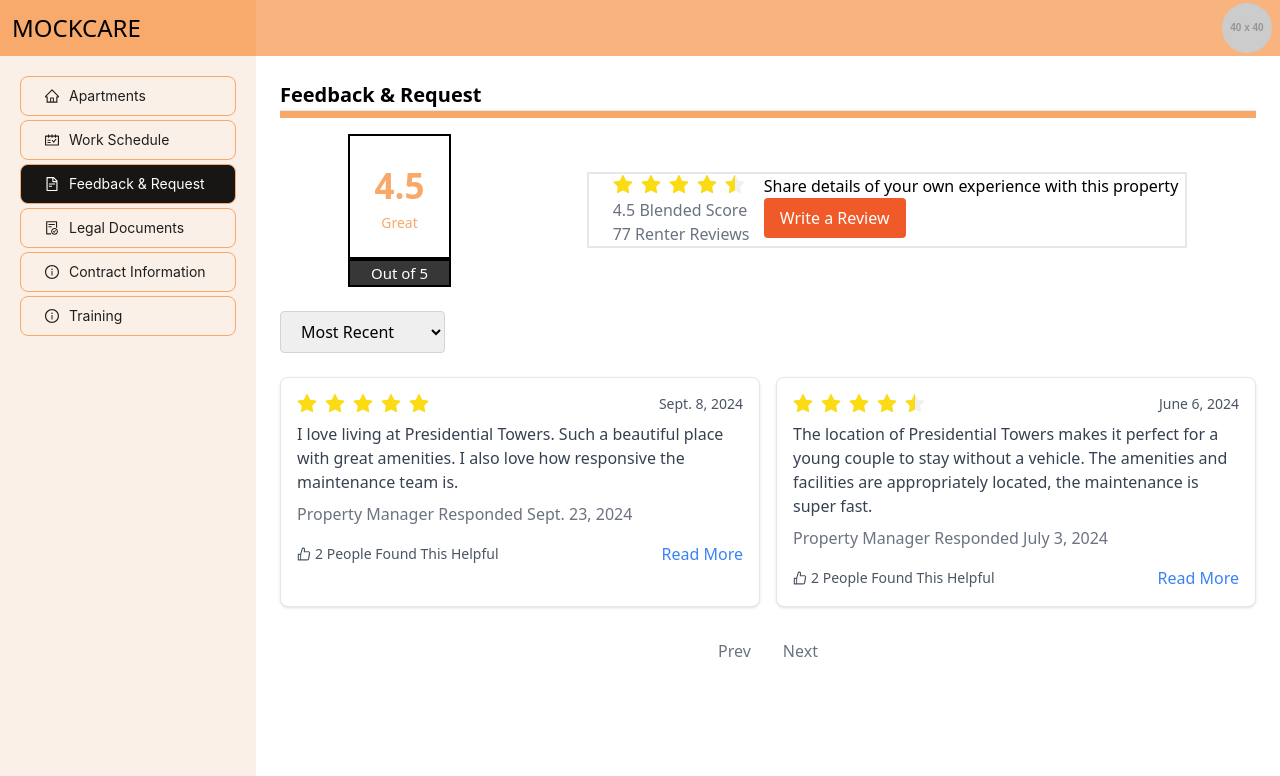
Repository: dunh-real/MockProject_102024_Nhom4
Page: / (app in frontend/)
The author's editor kept a copy of each file at every save. The page is drawn from the files as they stood at one save, then again after the next save.
The browser window is 1280 px wide. The pictures show the whole page.
The project was rebuilt for these pictures with package versions that can differ from the ones it lists, and the page was loaded fresh each time. Also part of the build but not shown: frontend/vite.config.js, frontend/vite.config.ts, frontend/src/App.css, frontend/src/component/ReviewModal.tsx.

Above is the page before, as saved 2024-10-09 13:16:44.

After the next save:
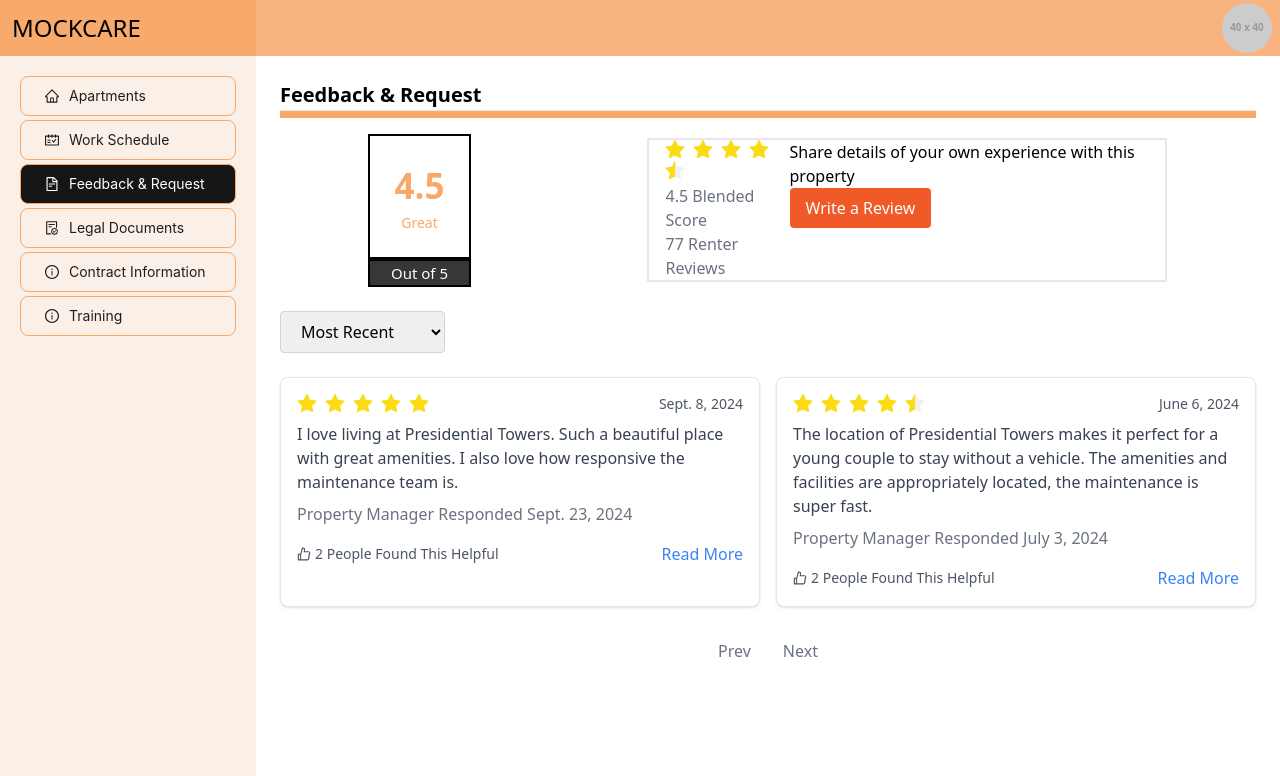
Saved 48 s later.
--- a/frontend/src/pages/Feedback&Request/Feedback&Request.tsx
+++ b/frontend/src/pages/Feedback&Request/Feedback&Request.tsx
@@ -75,7 +75,9 @@
                                 <p className='text-white p-1 text-[15px] text-center'>Out of 5</p>
                             </div>
                         </div>
-                        <div className='border-2 w-[600px]  flex justify-around'>
+                        <div className='border-2 flex justify-around'
+                         style={{ width: '100%', maxWidth: '520px' }}
+                        >
                             <div className="ml-4 ">
                                 <Rate allowHalf defaultValue={4.5} disabled />
                                 <div className="text-gray-500">4.5 Blended Score</div>

After the save that followed:
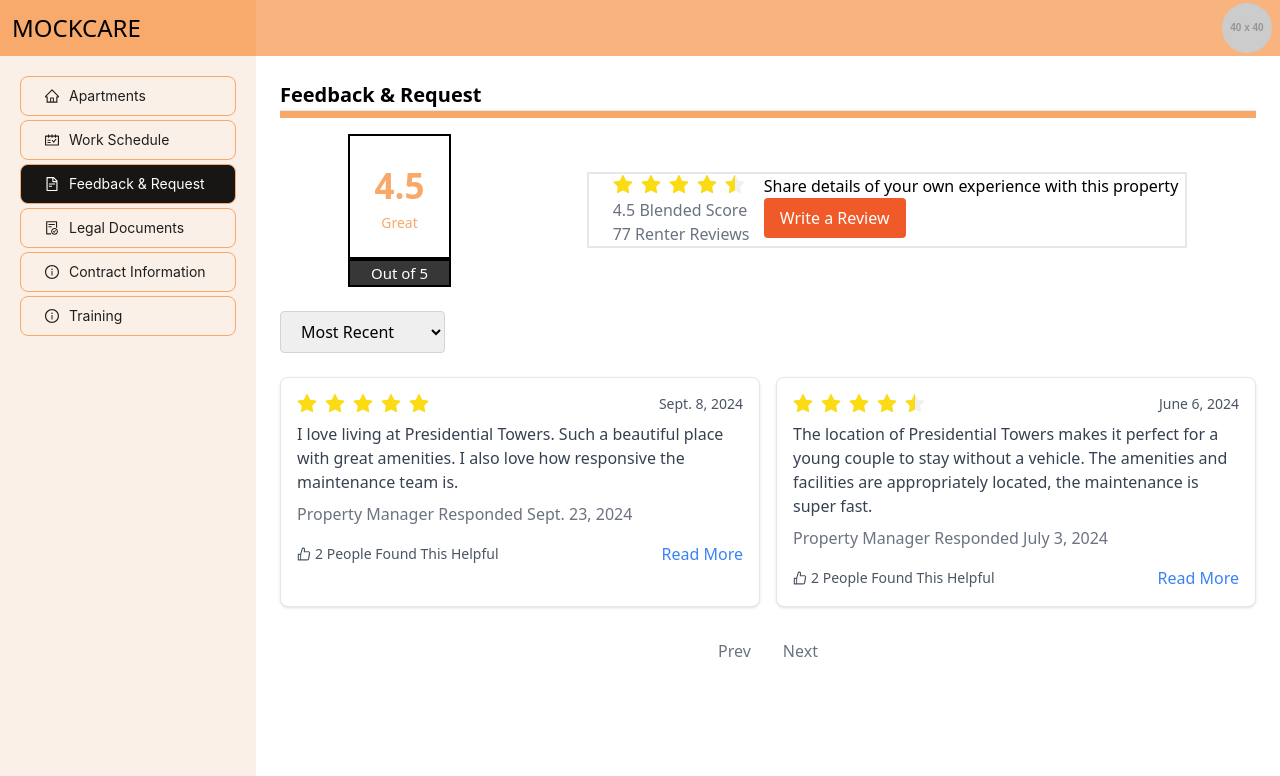
Saved 12 s later.
--- a/frontend/src/pages/Feedback&Request/Feedback&Request.tsx
+++ b/frontend/src/pages/Feedback&Request/Feedback&Request.tsx
@@ -76,7 +76,7 @@
                             </div>
                         </div>
                         <div className='border-2 flex justify-around'
-                         style={{ width: '100%', maxWidth: '520px' }}
+                         style={{ width: '100%', maxWidth: '600px' }}
                         >
                             <div className="ml-4 ">
                                 <Rate allowHalf defaultValue={4.5} disabled />
